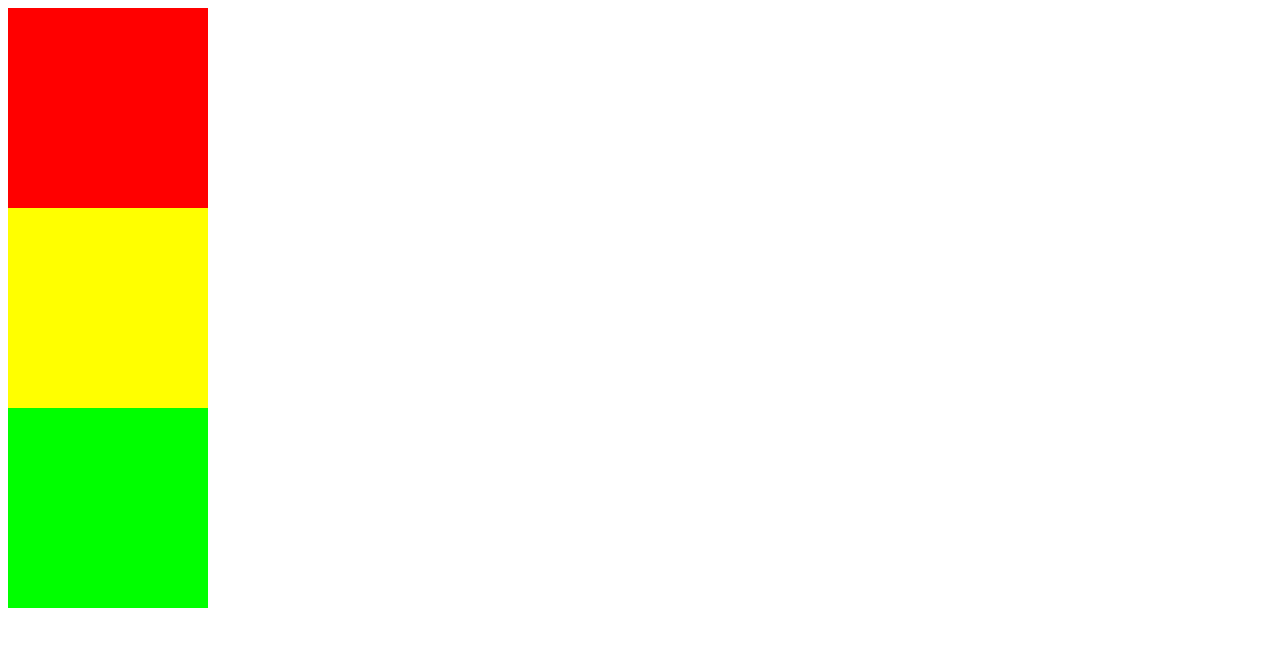
Repository: Divineridh/LPPAChallenges
Page: Trabajos en Clase/ejercicio cajas css/index.html
These files come from the project's save history. The page is drawn as it stood at one moment and after the next save; the edit follows.
The browser window is 1280 px wide. The pictures show the whole page.

Above is the page before, as saved 2022-04-26 20:33:19.

After the next save:
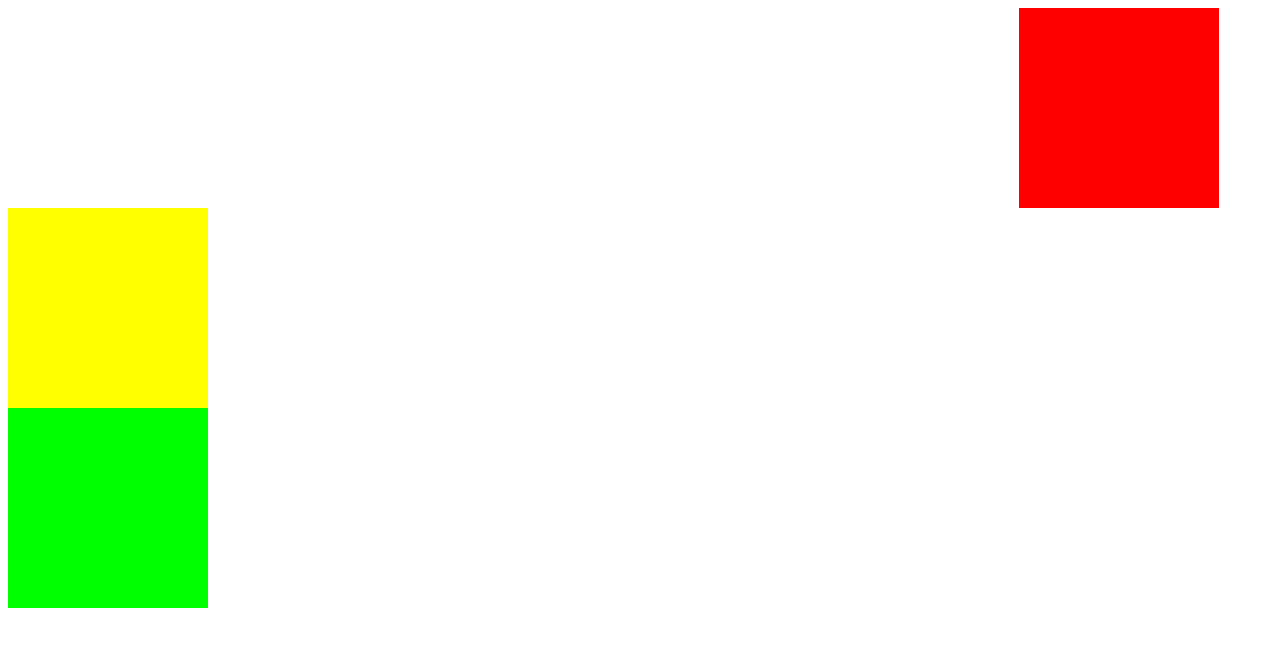
Saved 59 s later.
--- a/Trabajos en Clase/ejercicio cajas css/index.css
+++ b/Trabajos en Clase/ejercicio cajas css/index.css
@@ -1,6 +1,6 @@
 .square1 {
     background-color: rgb(255, 0, 0);
-    margin-right: 5px;
+    left: 80%;
 }
 
 .square2 {
